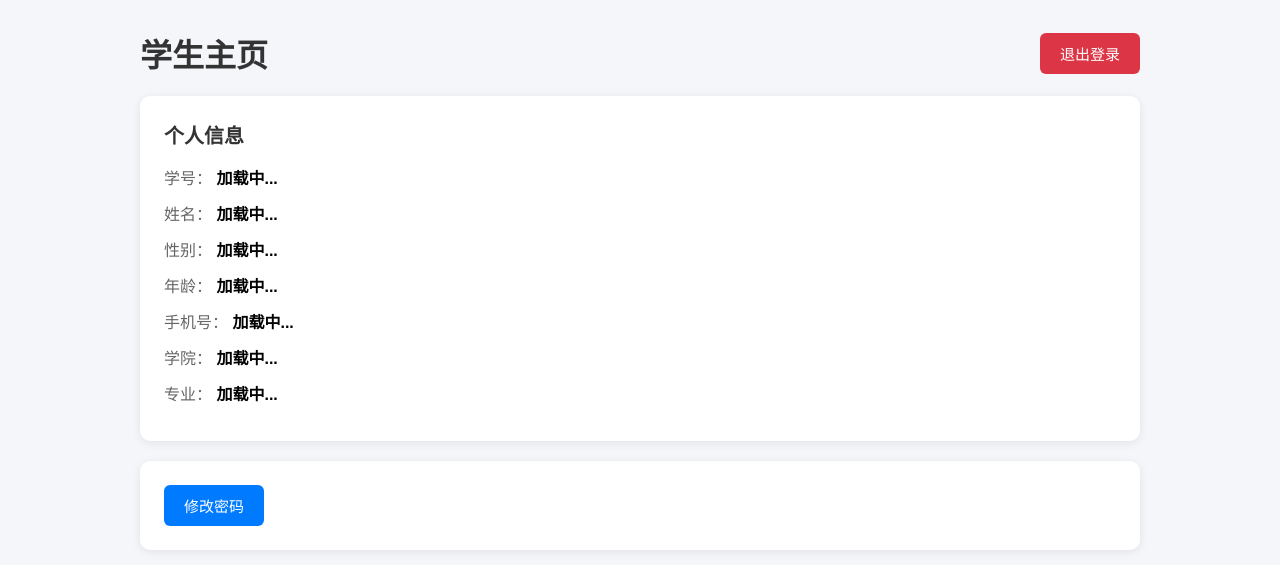
Repository: Nikawali/StudentManage
Page: src/main/webapp/studentHome.html
The author's editor kept a copy of each file at every save. The page is drawn from the files as they stood at one save, then again after the next save.
The browser window is 1280 px wide. The pictures show the whole page.
The page's requests for data from a server got no answer.

Above is the page before, as saved 2026-06-07 18:34:18.

After the next save:
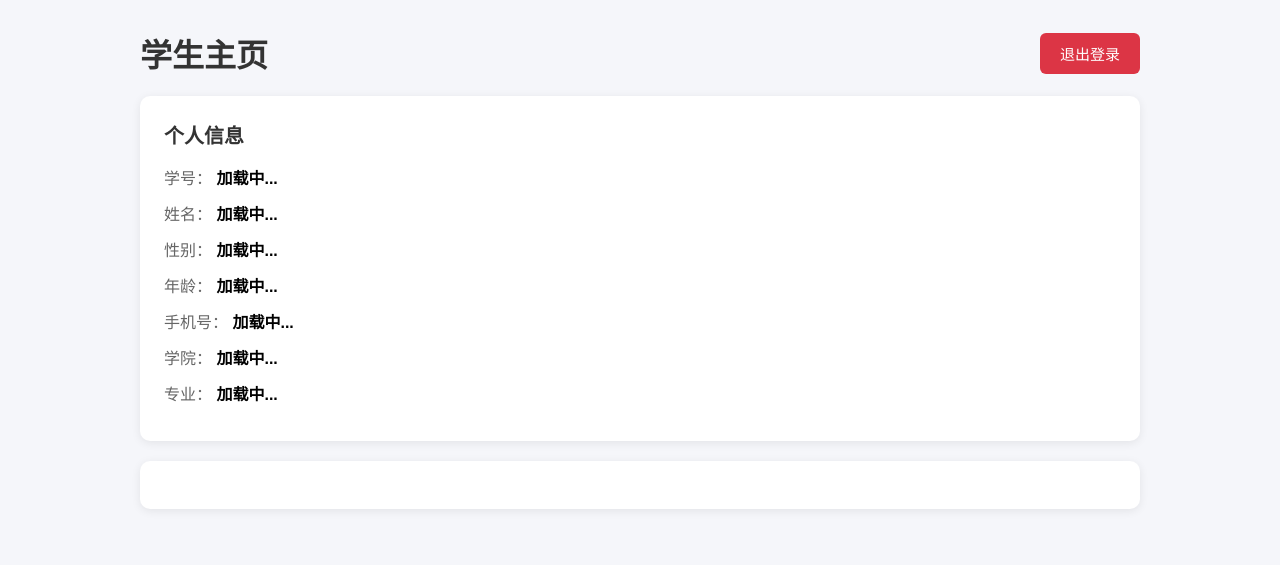
Saved 106 s later.
--- a/src/main/webapp/studentHome.html
+++ b/src/main/webapp/studentHome.html
@@ -94,13 +94,6 @@
 
 <div class="card">
 
-    <button
-            id="passwordBtn"
-            class="btn primary">
-
-        修改密码
-
-    </button>
 
 </div>
 
